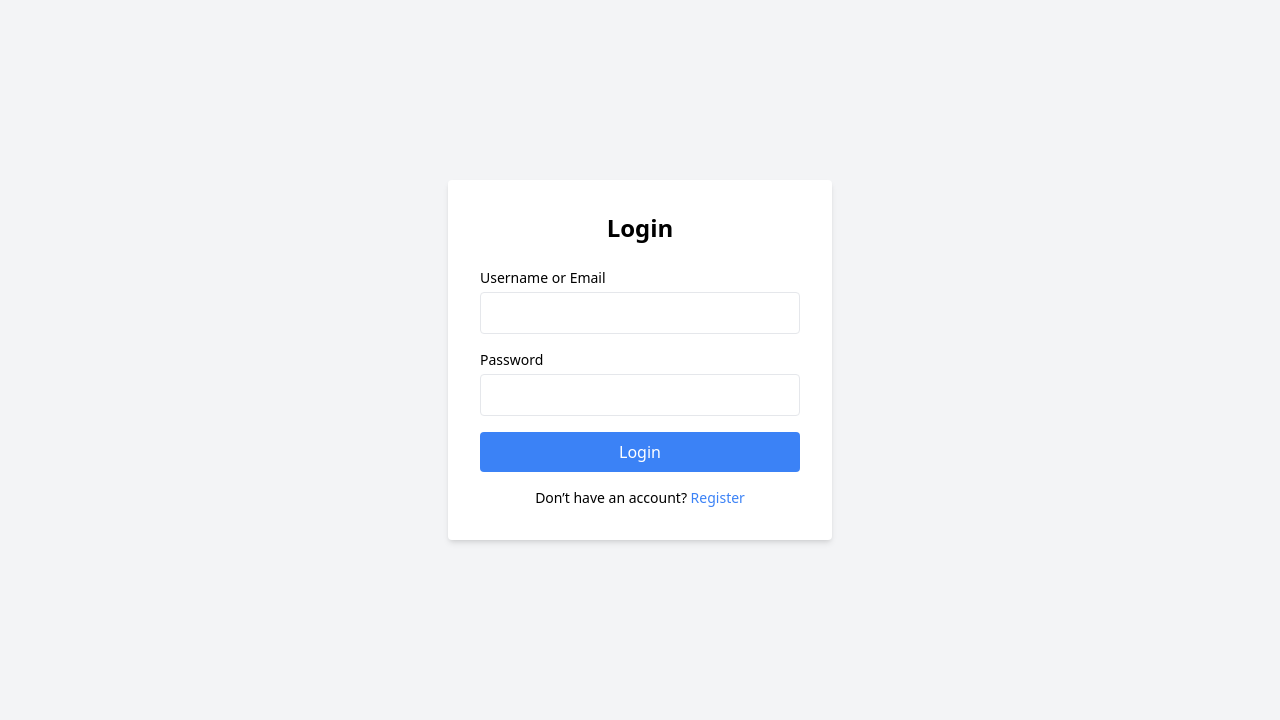
Repository: spnovaa/work-hive
Page: /login
An editor plug-in stored every save of this project. The page is shown before and after the next save, followed by the edit.
The browser window is 1280 px wide. The pictures show the whole page.
The project was rebuilt for these pictures with package versions that can differ from the ones it lists, and the page was loaded fresh each time.

Above is the page before, as saved 2025-01-14 14:22:27.

After the next save:
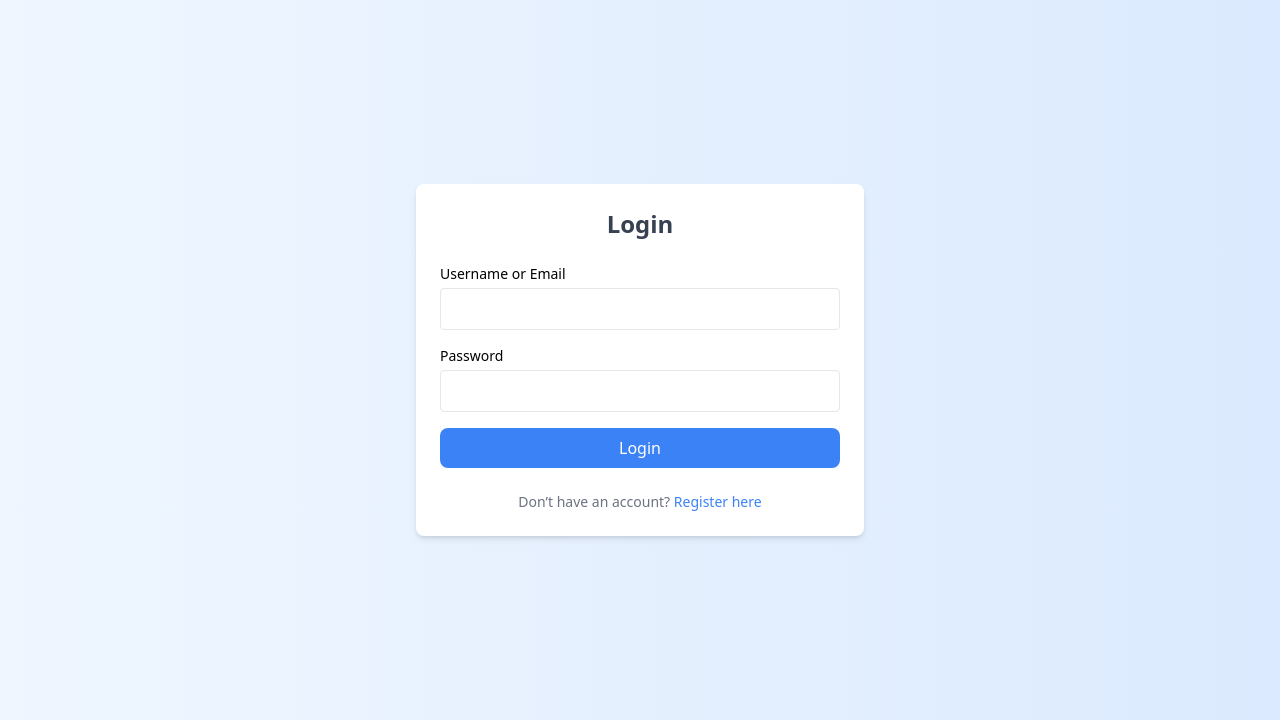
Saved 15 min 57 s later.
--- a/src/pages/login.jsx
+++ b/src/pages/login.jsx
@@ -1,3 +1,4 @@
+// Login.jsx - UI matching target site's login page
 import React from 'react';
 import { useForm } from 'react-hook-form';
 import { login } from '../api/auth';
@@ -15,12 +16,9 @@ const Login = () => {
   const onSubmit = async (data) => {
     try {
       const response = await login(data);
-      console.log(response);
-      if (response.hasOwnProperty('status') && response.status === 'success') {
+      if (response.success) {
         Cookies.set('jwt', response.token, { secure: true, sameSite: 'Strict' });
         alert('Login successful!');
-        console.log(response.jwt);
-        console.log(Cookies.get("jwt"));
       }
     } catch (error) {
       setError('server', { message: error });
@@ -28,49 +26,48 @@ const Login = () => {
   };
 
   return (
-    <div className="min-h-screen flex items-center justify-center bg-gray-100">
-      <form
-        onSubmit={handleSubmit(onSubmit)}
-        className="bg-white p-8 rounded shadow-md w-full max-w-sm"
-      >
-        <h1 className="text-2xl font-bold mb-6 text-center">Login</h1>
+    <div className="min-h-screen flex items-center justify-center bg-gradient-to-r from-blue-50 to-blue-100">
+      <div className="w-full max-w-md bg-white p-6 rounded-lg shadow-md">
+        <h1 className="text-2xl font-bold text-gray-700 text-center mb-6">Login</h1>
 
-        <InputField
-          label="Username or Email"
-          type="text"
-          name="username"
-          register={register} // Pass the `register` function correctly
-          error={errors.username}
-        />
+        <form onSubmit={handleSubmit(onSubmit)} className="space-y-4">
+          <InputField
+            label="Username or Email"
+            type="text"
+            name="username"
+            register={register} // Pass the `register` function correctly
+            error={errors.username}
+          />
 
-        <InputField
-          label="Password"
-          type="password"
-          name="password"
-          register={register} // Pass the `register` function correctly
-          error={errors.password}
-        />
+          <InputField
+            label="Password"
+            type="password"
+            name="password"
+            register={register} // Pass the `register` function correctly
+            error={errors.password}
+          />
 
-        {errors.server && (
-          <p className="text-red-500 text-sm mb-4 text-center">
-            {errors.server.message}
-          </p>
-        )}
+          {errors.server && (
+            <p className="text-red-500 text-sm text-center">
+              {errors.server.message}
+            </p>
+          )}
 
-        <button
-          type="submit"
-          className="bg-blue-500 text-white px-4 py-2 rounded w-full hover:bg-blue-600"
-        >
-          Login
-        </button>
+          <button
+            type="submit"
+            className="w-full bg-blue-500 text-white py-2 px-4 rounded-lg hover:bg-blue-600 focus:ring-2 focus:ring-blue-300 focus:outline-none"
+          >
+            Login
+          </button>
+        </form>
 
-        <p className="mt-4 text-sm text-center">
+        <p className="mt-6 text-sm text-center text-gray-500">
           Don’t have an account?{' '}
           <a href="/register" className="text-blue-500 hover:underline">
-            Register
+            Register here
           </a>
         </p>
-      </form>
+      </div>
     </div>
   );
 };
